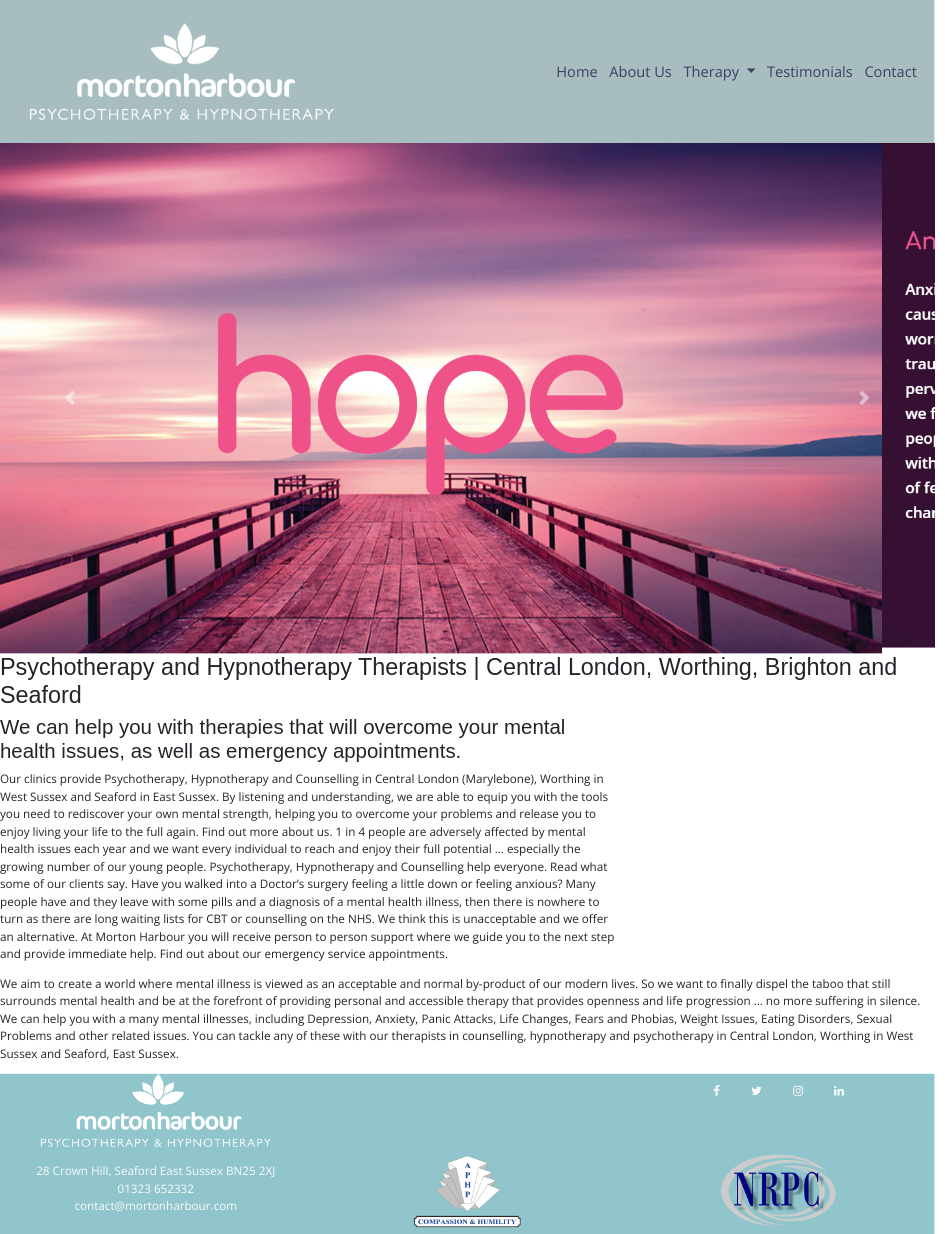
Repository: Code-Institute-Submissions/mortonharbour
Page: index.html
The author's editor kept a record of every edit. The page is drawn from the files as they stood at one moment, then again after the next edit.
The browser window is 1280 px wide. The page is 1295 px wide, so the pictures cover 1295 px, including what lies to the right of the window. The pictures show the whole page, at 73% of full size.
Some web fonts or font styles are not loaded; a fallback is used. Some web libraries are served in a nearby version.

Above is the page before.

After the next edit:
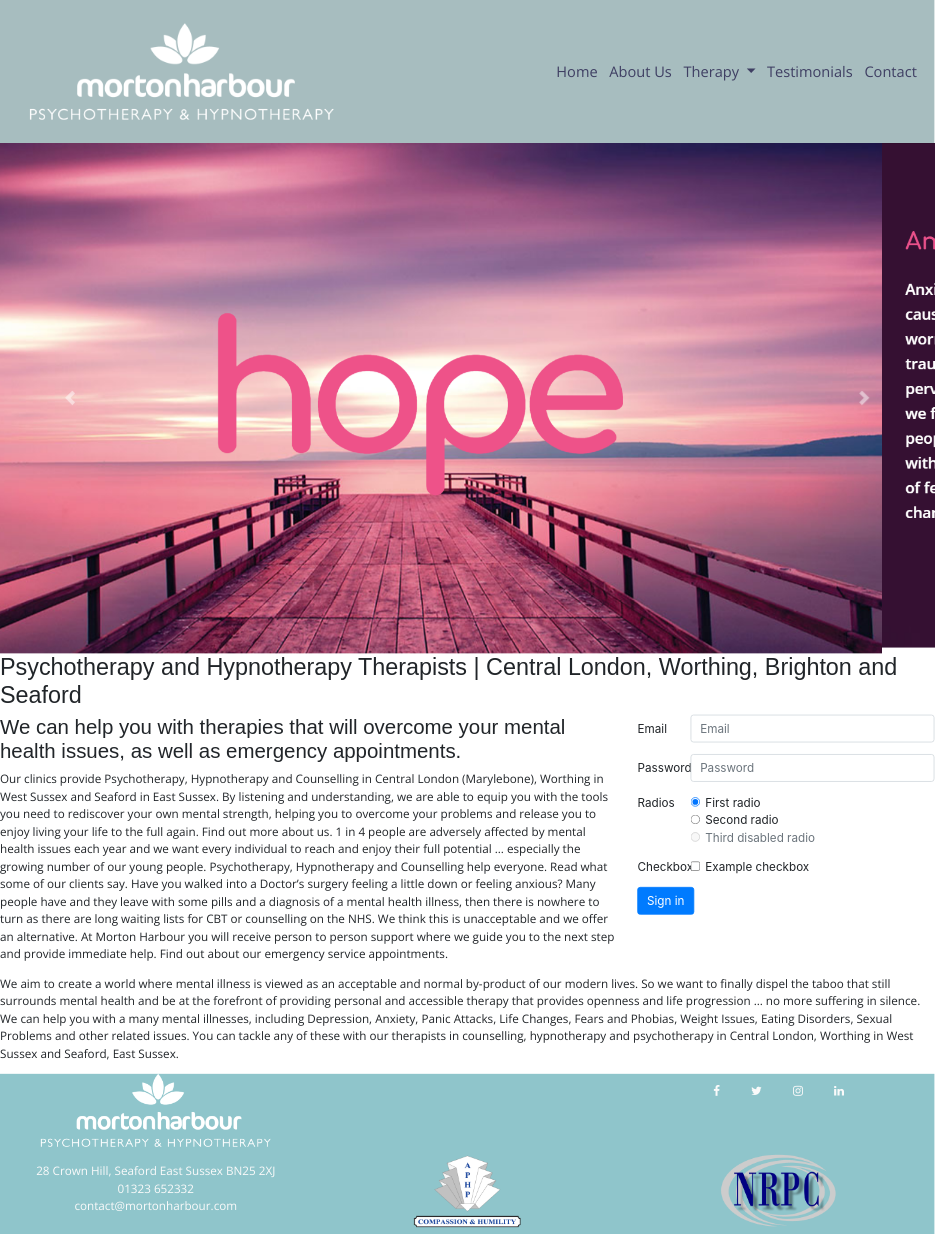
The edit:
--- a/index.html
+++ b/index.html
@@ -99,6 +99,63 @@
                     individual to reach and enjoy their full potential … especially the growing number of our young people. Psychotherapy, Hypnotherapy and Counselling help everyone. Read what some of our clients say. Have you walked into a Doctor’s surgery
                     feeling a little down or feeling anxious? Many people have and they leave with some pills and a diagnosis of a mental health illness, then there is nowhere to turn as there are long waiting lists for CBT or counselling on the NHS. We think
                     this is unacceptable and we offer an alternative. At Morton Harbour you will receive person to person support where we guide you to the next step and provide immediate help. Find out about our emergency service appointments.</p>
+            </div>
+            <div class="col-sm-4">
+                <form>
+  <div class="form-group row">
+    <label for="inputEmail3" class="col-sm-2 col-form-label">Email</label>
+    <div class="col-sm-10">
+      <input type="email" class="form-control" id="inputEmail3" placeholder="Email">
+    </div>
+  </div>
+  <div class="form-group row">
+    <label for="inputPassword3" class="col-sm-2 col-form-label">Password</label>
+    <div class="col-sm-10">
+      <input type="password" class="form-control" id="inputPassword3" placeholder="Password">
+    </div>
+  </div>
+  <fieldset class="form-group">
+    <div class="row">
+      <legend class="col-form-label col-sm-2 pt-0">Radios</legend>
+      <div class="col-sm-10">
+        <div class="form-check">
+          <input class="form-check-input" type="radio" name="gridRadios" id="gridRadios1" value="option1" checked>
+          <label class="form-check-label" for="gridRadios1">
+            First radio
+          </label>
+        </div>
+        <div class="form-check">
+          <input class="form-check-input" type="radio" name="gridRadios" id="gridRadios2" value="option2">
+          <label class="form-check-label" for="gridRadios2">
+            Second radio
+          </label>
+        </div>
+        <div class="form-check disabled">
+          <input class="form-check-input" type="radio" name="gridRadios" id="gridRadios3" value="option3" disabled>
+          <label class="form-check-label" for="gridRadios3">
+            Third disabled radio
+          </label>
+        </div>
+      </div>
+    </div>
+  </fieldset>
+  <div class="form-group row">
+    <div class="col-sm-2">Checkbox</div>
+    <div class="col-sm-10">
+      <div class="form-check">
+        <input class="form-check-input" type="checkbox" id="gridCheck1">
+        <label class="form-check-label" for="gridCheck1">
+          Example checkbox
+        </label>
+      </div>
+    </div>
+  </div>
+  <div class="form-group row">
+    <div class="col-sm-10">
+      <button type="submit" class="btn btn-primary">Sign in</button>
+    </div>
+  </div>
+</form>
             </div>
             <div class="col-sm-12">
                 <p>We aim to create a world where mental illness is viewed as an acceptable and normal by-product of our modern lives. So we want to finally dispel the taboo that still surrounds mental health and be at the forefront of providing personal and
